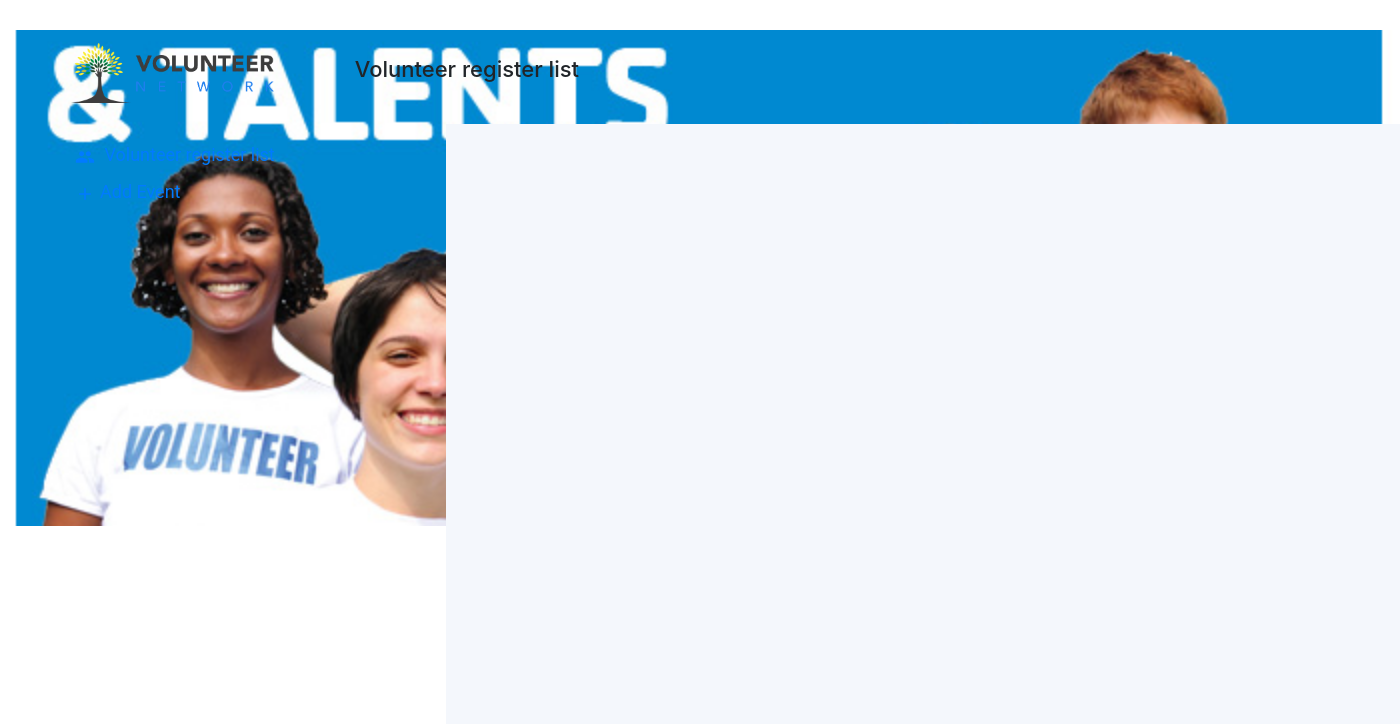
Repository: MdTahsinAmin/volunteer-network-client
Page: /adminPanel
These files come from the project's save history. The page is drawn as it stood at one moment and after the next save; the edit follows.
The browser window is 1280 px wide. The page is 1400 px wide, so the pictures cover 1400 px, including what lies to the right of the window. The pictures show the whole page.
The project was rebuilt for these pictures with package versions that can differ from the ones it lists, and the page was loaded fresh each time.

Above is the page before, as saved 2020-10-05 00:04:50.

### public/index.html
<!DOCTYPE html>
<html lang="en">
  <head>
    <meta charset="utf-8" />
    <link rel="icon" href="%PUBLIC_URL%/favicon.ico" />
    <meta name="viewport" content="width=device-width, initial-scale=1" />
    <meta name="theme-color" content="#000000" />
    <meta
      name="description"
      content="Web site created using create-react-app"
    />
    <link rel="apple-touch-icon" href="%PUBLIC_URL%/logo192.png" />
    <!--
      manifest.json provides metadata used when your web app is installed on a
      user's mobile device or desktop. See https://developers.google.com/web/fundamentals/web-app-manifest/
    -->
    <link rel="manifest" href="%PUBLIC_URL%/manifest.json" />
    <!--
      Notice the use of %PUBLIC_URL% in the tags above.
      It will be replaced with the URL of the `public` folder during the build.
      Only files inside the `public` folder can be referenced from the HTML.

      Unlike "/favicon.ico" or "favicon.ico", "%PUBLIC_URL%/favicon.ico" will
      work correctly both with client-side routing and a non-root public URL.
      Learn how to configure a non-root public URL by running `npm run build`.
    -->
    <title>Volunteer Network</title>
  </head>
  <body>
    <noscript>You need to enable JavaScript to run this app.</noscript>
    <div id="root"></div>
    <!--
      This HTML file is a template.
      If you open it directly in the browser, you will see an empty page.

      You can add webfonts, meta tags, or analytics to this file.
      The build step will place the bundled scripts into the <body> tag.

      To begin the development, run `npm start` or `yarn start`.
      To create a production bundle, use `npm run build` or `yarn build`.
    -->
  </body>
</html>

### src/App.js
import React from 'react';
import './App.css';
import Header from './components/Header/Header';
import {
  BrowserRouter as Router,
  Switch,
  Route,
  Link
} from "react-router-dom";
import AdminPanel from './components/AdminPanel/AdminPanel';
function App() {
  return (
    <div className="App">
     <Router>
      <Switch>
        <Route path ='/home'>
         <Header navbar={true}></Header>
        </Route>
        <Route path="/adminPanel">
           <div>
           <Header navbar={false}></Header>
           <AdminPanel/>
           </div>
        </Route>
        <Route exact path="/">
           <Header navbar={true}></Header>
        </Route>
      </Switch>
     </Router>
    </div>
  );
}

export default App;

### src/App.css
.App {
    background-image:url('./logos/Volunteer_Image.jpg');
    background-repeat: no-repeat;
    background-size: cover;
    background-position: center;
    width: 1400px;
    height: 496px;
    left: 1px;
    top: -1px;
}

.App-logo {
  height: 40vmin;
  pointer-events: none;
}

@media (prefers-reduced-motion: no-preference) {
  .App-logo {
    animation: App-logo-spin infinite 20s linear;
  }
}

.App-header {
  background-color: #282c34;
  min-height: 100vh;
  display: flex;
  flex-direction: column;
  align-items: center;
  justify-content: center;
  font-size: calc(10px + 2vmin);
  color: white;
}

.App-link {
  color: #61dafb;
}

@keyframes App-logo-spin {
  from {
    transform: rotate(0deg);
  }
  to {
    transform: rotate(360deg);
  }
}

### src/components/Header/Header.js
import React from 'react';
import { Link, useHistory } from 'react-router-dom';
import './Header.css'
import volunteerLogo from '../../logos/volunteer.png';
import { styled } from '@material-ui/core/styles';
import Button from '@material-ui/core/Button';

// Material Button

const MyButton = styled(Button)({
    background: 'linear-gradient(45deg, #3F90FC 30%, #3F90FC 90%)',
    border: 0,
    borderRadius: '6px',
    color: 'white',
    height: 48,
    padding: '14px 43px',
    marginRight:'15px',
    marginLeft:'9px',
    cursor:'pointer'
  });

  const AdminBtn = styled(Button)({
    background: 'linear-gradient(45deg, #434141 30%, #434141 90%)',
    border: 0,
    borderRadius: '6px',
    color: 'white',
    height: 48,
    padding: '14px 43px',
    marginRight:'15px',
    cursor:'pointer'
  })

const Header = (props) => {

    const history = useHistory();

    const handleAdminPanel = () =>{
         history.push('/adminPanel');
    }


    return (
      <div className="header">
          <div className={props.navbar ? "container" : 'adminPanel'}>
          <nav className="navbar navbar-expand-lg navbar-light">
            <Link to='/home' className="navbar-brand"><img className={props.navbar ?'volunteerLogo':'Logo'} src={volunteerLogo} alt=""/></Link>
            <button className="navbar-toggler" type="button" data-toggle="collapse" data-target="#navbarSupportedContent" aria-controls="navbarSupportedContent" aria-expanded="false" aria-label="Toggle navigation">
                <span className="navbar-toggler-icon"></span>
            </button>
            {
                !props.navbar && <h5 className="volunteer-title">Volunteer register list</h5>
            }
            {
                props.navbar &&  <div className="collapse navbar-collapse" id="navbarSupportedContent">
                <ul className="navbar-nav ml-auto">
                <li className="nav-item">
                    <Link className="nav-link item-nav">Home</Link>
                </li>
                <li className="nav-item">
                    <Link className="nav-link item-nav">Donation</Link>
                </li>
                <li className="nav-item">
                    <Link className="nav-link item-nav">Events</Link>
                </li>
                <li className="nav-item">
                    <Link className="nav-link item-nav">Blog</Link>
                </li>
                <li className="nav-item">
                    <MyButton>Register</MyButton>
                </li>
                <li className="nav-item">
                   <AdminBtn
                     onClick={handleAdminPanel}
                   >Admin
                   </AdminBtn>
                </li>
                </ul>
            </div>
            }
            </nav>
      </div>
   </div>
    );
};

export default Header;

### src/components/AdminPanel/AdminPanel.js
import React from 'react';
import './AdminPanel.css';
import GroupIcon from '@material-ui/icons/Group';
import AddIcon from '@material-ui/icons/Add';
import { Link } from 'react-router-dom';
const AdminPanel = () => {
    return (
        <div className="adminPanel-section">
            <div className="section-panel">
              <div className ='group-panel'>
              <Link to='/volunteerList' className='volunteerLink'><GroupIcon fontSize="small"></GroupIcon><span> Volunteer register list</span></Link>
              </div>
              <div className="group-panel">
                  <Link to='createNewProject' className='volunteerLink'><AddIcon fontSize="small"></AddIcon><span>Add Event</span></Link>
              </div>
            </div>
            <div className='Volunteer-list'>

            </div>
        </div>
    );
};

export default AdminPanel;

### src/components/Header/Header.css
.volunteerLogo{
    width: 202.81px;
    height: 60px;
    left: 88px;
    top: 44px;
}
.header{
    margin-top: 30px;
}
.nav-link{
    font-family: Montserrat;
    font-style: normal;
    font-weight: 500;
    font-size: 20px;
    text-align: center;
    color: #0B0B0B;
}
.volunteer-title{
    margin-left:65px;
    font-style: normal;
    font-weight: 500;
    font-size: 22px;
}

### src/components/AdminPanel/AdminPanel.css
.adminPanel{
    margin-right:20px;
}
.Logo{
    width: 202.81px;
    height: 60px;
    left: 88px;
    top: 44px;
    margin-left:55px;
}
.adminPanel-section{
    display:flex;
}
.section-panel{
    margin-top:15px;
    margin-left:75px;
}
.group-panel{
    display:inline-block;
    margin-top: 10px;
}
.group-panel span{
    margin-top:3px;
    margin-left:5px;
    font-family: Roboto;
    font-style: normal;
    font-weight: normal;
    font-size:18px;
}
.Volunteer-list{
    width:75%;
    margin-top:8px;
    margin-left:80px;
    width: 1000px;
    height: 600px;
    background: #F4F7FC;
}
.volunteerLink:hover{
    text-decoration: none;
}

Loaded but not shown: src/index.js (common file); src/index.css (common file); src/serviceWorker.js (common file)

After the next save:
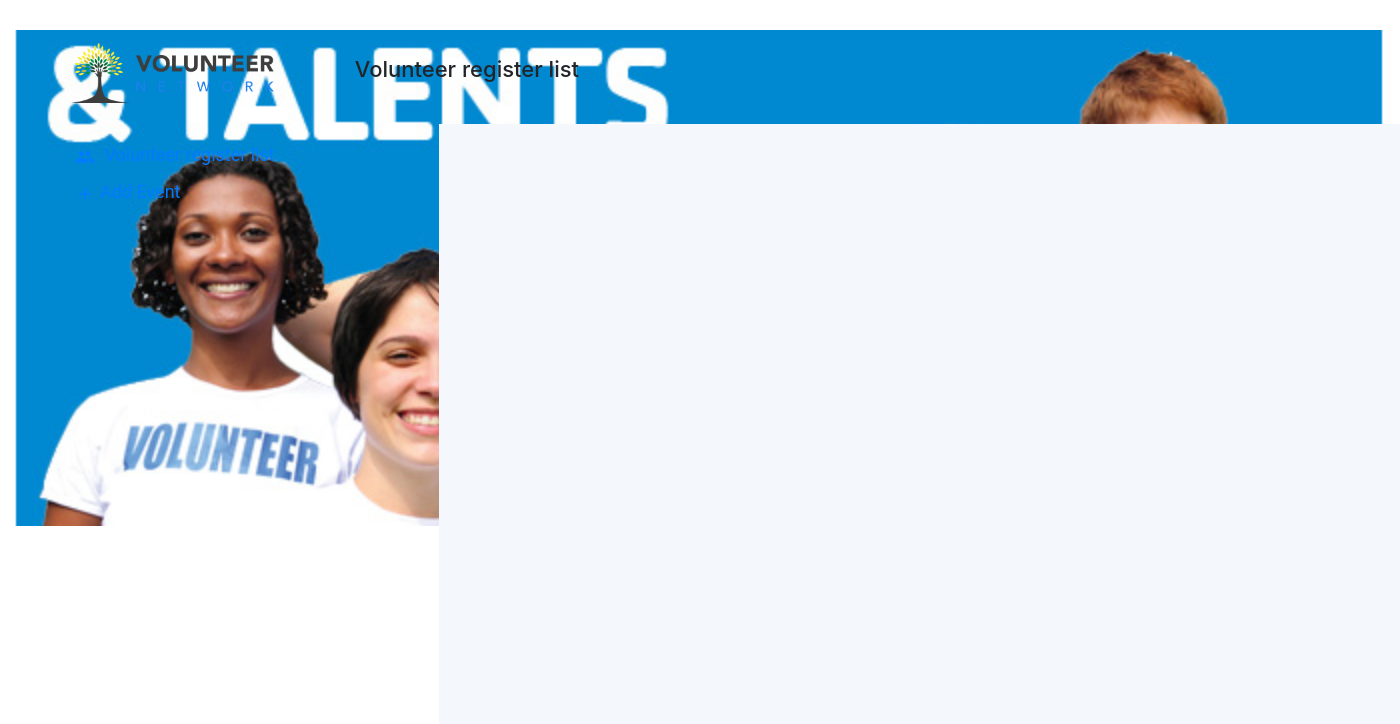
Saved 18 s later.
--- a/src/components/AdminPanel/AdminPanel.css
+++ b/src/components/AdminPanel/AdminPanel.css
@@ -30,7 +30,7 @@
 .Volunteer-list{
     width:75%;
     margin-top:8px;
-    margin-left:80px;
+    margin-left:70px;
     width: 1000px;
     height: 600px;
     background: #F4F7FC;
